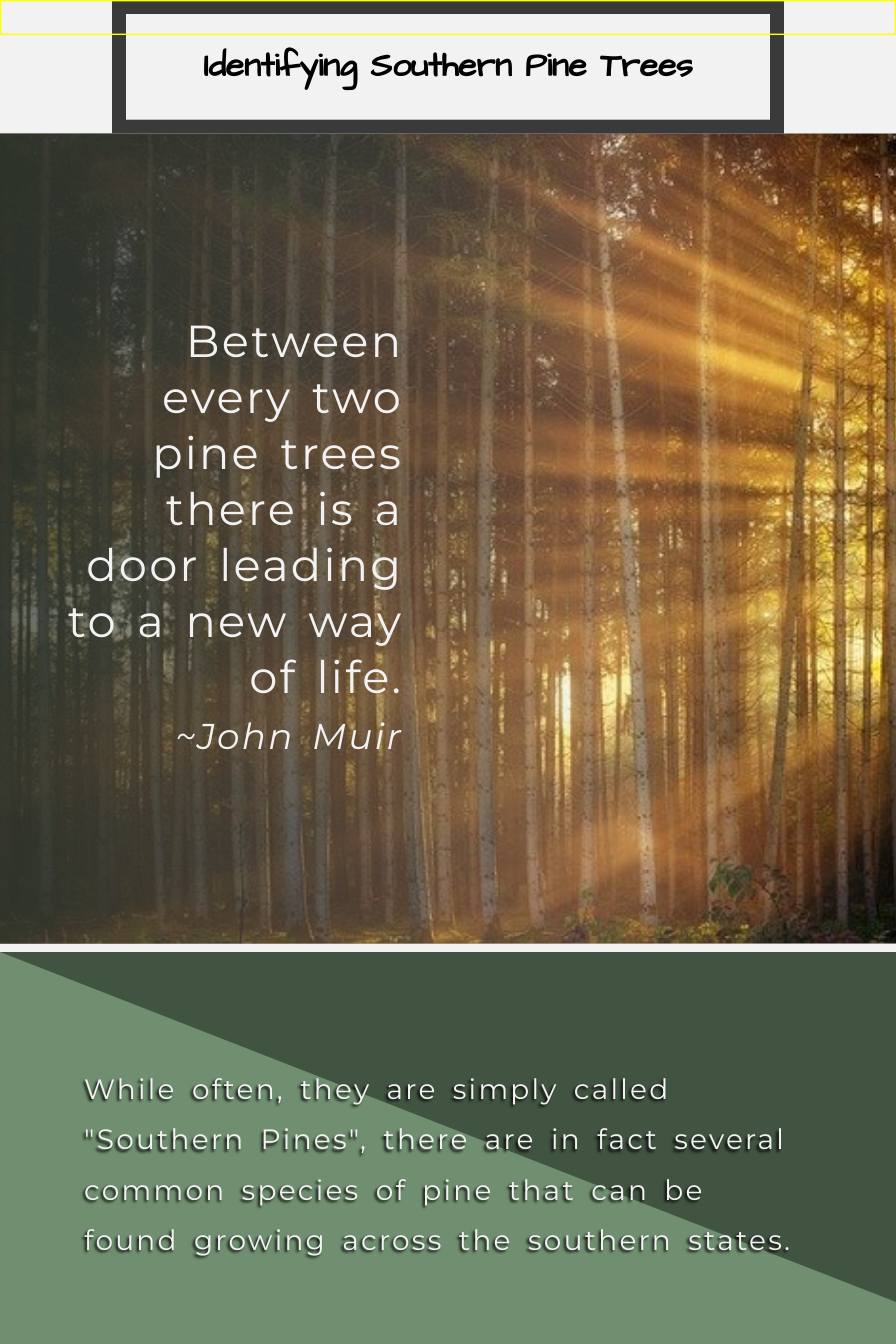
Repository: Sbethm/louisianaPineTrees
Page: pine_main.html
These files come from the project's save history. The page is drawn as it stood at one moment and after a run of saves; the edit follows.
The browser window is 1280 px wide. The pictures show the part of the page from y = 0 to 1920 px (the page is 3023 px tall), at 70% of full size.
The style sheet was rebuilt from its Sass, Less or Tailwind sources for each picture, by a compiler version that may differ from the author's.

Above is the page before, as saved 2021-09-24 10:54:37.

### pine_main.html
<!DOCTYPE html>
<html lang="en">
<head>
    <meta charset="UTF-8">
    <meta http-equiv="X-UA-Compatible" content="IE=edge">
    <meta name="viewport" content="width=device-width, initial-scale=1.0">
    <link rel="preconnect" href="https://fonts.googleapis.com">
    <link rel="preconnect" href="https://fonts.gstatic.com" crossorigin>
    <link href="https://fonts.googleapis.com/css2?family=Architects+Daughter&family=Montserrat:ital,wght@0,400;0,500;0,700;1,400;1,500;1,700&display=swap" rel="stylesheet">
    <!--
        headerFont: 'Architects Daughter', cursive;
        mainFont: 'Montserrat', sans-serif;
    -->
    <link rel="stylesheet" href="./CSS/main.css">
    <title>Louisiana Pine Trees</title>
</head>
<body>
    <header>
        <!-- <a href="#" class="logo">
            SarahMoosa
        </a> -->
        <h1>Identifying Southern Pine Trees</h1>
    </header>
    <main>
        <div class="hero-container container">
            <div class="hero__background-grad">
                <p class="hero__quote">Between every two pine trees there is a door leading to a new way of life. <br><cite>John Muir</cite></p>
            </div>
        </div>
        <div class="container triangle-bg">
            <div class="triangle-left"></div>
            <div class="triangle-right"></div>
            <p class="call-to-action">While often, they are simply called "Southern Pines", there are in fact several common species of pine that can be found growing across the southern states.
            </p>
        </div>
        <div class="questions-container container">
        </div>
        <div class="results-btn btn">
                <button>Next</button>
        </div>
        <div class="results"></div>

    </main>
    <script src="apps.js"></script>
</body>

### apps.js
const questionsArr = [
    {
        quest: "How many needles are in the bundle?",
        an: {
            a: "1",
            b: "2"
        }
    },
    {
        quest: "Blahasf?",
        an: {
            a: "trw",
            b: "fdb"
        }
    },
    {
        quest: "How many needles are in the bundle?",
        an: {
            a: "1",
            b: "2"
        }
    },
    {
        quest: "How many needles are in the bundle?",
        an: {
            a: "1",
            b: "2"
        }
    },
    {
        quest: "How many needles are in the bundle?",
        an: {
            a: "1",
            b: "2"
        }
    }
];

const questCont = document.querySelector('.questions-container');
const quest = document.querySelector('.question');
const options = document.querySelector('.options');
const nextBtn = document.querySelector('button');

let num = 0;

window.addEventListener('load', () => {

    let questVis = questionsArr[num];
    questCont.innerHTML =
                `<section class="question-wrapper">
                    <div class="question">
                        <p class="question__text">${questVis.quest}</p>
                    </div>
                    <div class="options">
                        <div class="answer"><p>${questVis.an.a}</p></div>
                        <div class="answer"><p>${questVis.an.b}</p></div>
                    </div>
                </section>
                `;

})

nextBtn.addEventListener('click', () => {
    num++;

    let questVis = questionsArr[num];
    questCont.innerHTML =
                `<section class="question-wrapper">
                    <div class="question">
                        <p class="question__text">${questVis.quest}</p>
                    </div>
                    <div class="options">
                        <div class="answer"><p>${questVis.an.a}</p></div>
                        <div class="answer"><p>${questVis.an.b}</p></div>
                    </div>
                </section>
                `;

})

### src/scss/main.scss
@import "./variables", "./mixins", "./normalize";


// ============ GLOBAL STYLES ============
*, *::before, *::after {
    box-sizing: border-box;
}

body {
    margin: 0;
    background-color: $mainColorLi;
}

header {
    &::after {
        content: "";
        position: absolute;
        width: 100%;
        height: 50px;
        border:2px solid yellow;
        top: 0;
        left: 0;
    }
}

h1{
    position: relative;
    margin: 0 auto;
    padding: 1em;
    width: 75%;
    font-family: $headerFont;
    font-size: 3rem;
    text-align: center;
    background-color: $mainColorLi;
    border: 20px solid #3a3a3a;


}

p {
    margin: 0;
    padding: 4em 3em;
    font-family: $mainFont;
    font-size: 2.5rem;
    letter-spacing: 0.2rem;
    word-spacing: 0.5rem;
    line-height: 4.5rem;
    color: $mainColorLi;
}

.container {
    background-color: $mainColorDr;
}

// ============ HERO STYLES ============
.hero-container {
    background-image: url(../img/forest-pine.jpg);
    background-repeat: no-repeat;
    background-size: cover;
    border-bottom: 12px solid $mainColorLi;
}

.hero__background-grad {
    background: linear-gradient(90deg, rgba(57,64,53,0.7721463585434174) 0%, rgba(242,242,242,0.19791666666666663) 66%, rgba(242,242,242,0) 100%);
}

.hero__quote {
    padding: 4em 1em;
    width: 50%;
    text-align: right;
    font-size: 4rem;
    line-height: 5rem;
    letter-spacing: 0.2rem;
    word-spacing: 0.5rem;

    & cite {
        font-size: 0.8em;

        &::before {
            content: "~";
        }
    }
}


// ============ CALL-TO-ACTION STYLES ============
.call-to-action {
    border-bottom: 12px solid $mainColorLi;
}

.triangle-bg {
    display: grid;
    grid-template-columns: 100vw;
    grid-template-rows: 100%;
    align-content: center;

    & p {
        grid-row: 1 / 1;
        grid-column: 1 / 1;
        text-shadow: -3px 3px 4px #020202;
    }

    & .triangle-left{
        grid-row: 1 / 1;
        grid-column: 1 / 1;
        border-style: solid;
        border-width: 500px 0 0 100vw;
        border-color: transparent transparent transparent $acColorLi;
    }
}

.questions-container{
    padding: 3em;
    background-color: $mainColorDr;

}

.question-wrapper {
    background-color: $mainColorLi;
    box-shadow: -7px 9px 10px 0px #272626;

    & .question__text {
        padding-bottom: 0;
        font-weight: 700;
        text-align: center;
        color: $acColorLi;
    }
}

.options {
    display: flex;
    flex-direction: row;
    justify-content: center;
}

.answer {
    margin: 6em;
    padding: 0;
    width: fit-content;
    min-width: 150px;
    border-radius: 100px;
    box-shadow: -5px 5px 10px 0px #696767;
    @include transition(all .3s ease);

    & p {
        padding: 1em 2em;
        text-align: center;
        font-weight: 600;
        color: $acColorLi;
    }

    &:hover, :focus {
        background-color: #f8cb6b;
        box-shadow: -5px 5px 10px 0px #696767;
    }
}

.results-btn {
    display: flex;
    justify-content: center;
    background-color: $mainColorDr;
}

button {
    margin: 1em 0 2em 0;
    padding: 1em 3em;
    font-family: $mainFont;
    font-size: 3rem;
    letter-spacing: 0.2rem;
    font-weight: 700;
    color: $acColorLi;
    border-radius: 100px;
    box-shadow: -7px 9px 10px 0px #272626;
}




//This code was used to cause grid items to over lap. It worked very well, but I think it is unnecessary and bulkier code than I need for the result that I want.
// .intro-container {
//     display: grid;
//     grid-template-columns: 50% 50%;
//     grid-auto-rows: 100%;

//     & img {
//         grid-column: 1/3;
//         grid-row: 1;
//         display: inline;
//         max-width: 100%;
//         z-index: 1;
//     }

//     & .quote {
//         grid-column: 2/3;
//         grid-row: 1;
//         align-self: center;
//         z-index: 9;
//     }
// }

### src/scss/_variables.scss
//COLORS
$mainColorDr: hsl(120, 12%, 29%);
$mainColorLi: hsl(0, 0%, 95%);
$acColorLi: hsl(120, 12%, 50%);
$acColorDr: hsl(0, 0%, 5%);

//FONTS
$headerFont: 'Architects Daughter', cursive;
$mainFont: 'Montserrat', sans-serif;

### src/scss/_mixins.scss
// ====== Transitions ======

@mixin transition($args...) {
    transition: $args;
}


// ====== Transitions ======
// ====== Transitions ======
// ====== Transitions ======

Loaded but not shown: src/scss/_normalize.scss (common file)

After the next 3 saves:
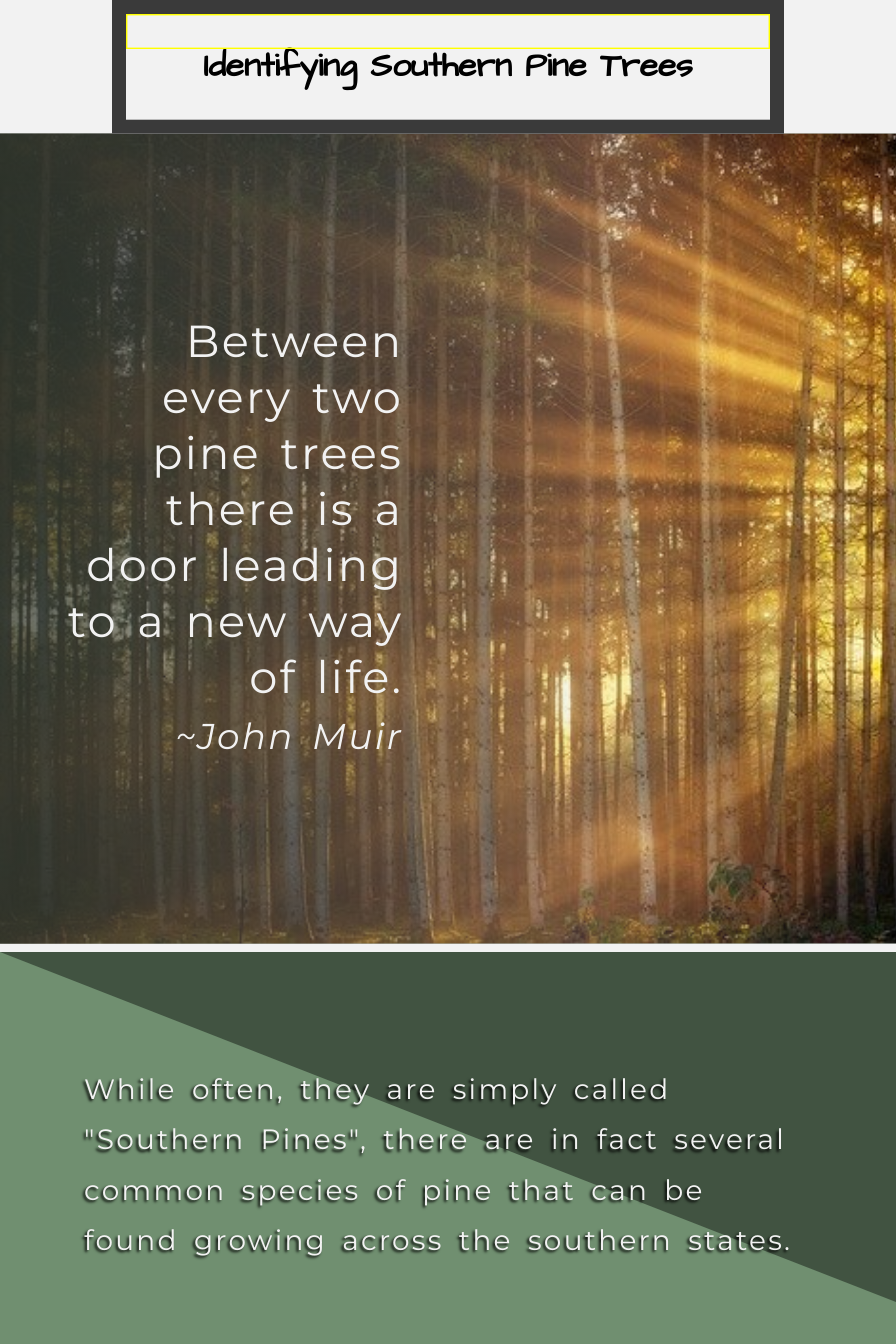
The 3 saves are shown as one change because they came seconds apart.
The last was saved 14 s later.
--- a/src/scss/main.scss
+++ b/src/scss/main.scss
@@ -12,15 +12,7 @@ body {
 }
 
 header {
-    &::after {
-        content: "";
-        position: absolute;
-        width: 100%;
-        height: 50px;
-        border:2px solid yellow;
-        top: 0;
-        left: 0;
-    }
+
 }
 
 h1{
@@ -34,7 +26,15 @@ h1{
     background-color: $mainColorLi;
     border: 20px solid #3a3a3a;
 
-
+    &::after {
+        content: "";
+        position: absolute;
+        width: 100%;
+        height: 50px;
+        border:2px solid yellow;
+        top: 0;
+        left: 0;
+    }
 }
 
 p {
